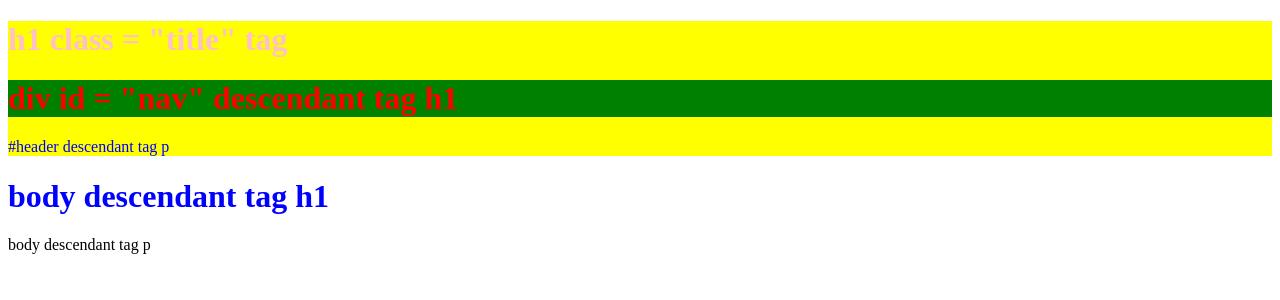
Repository: LucestDail/WebEclipse-Workspace
Page: htmlProject/WebContent/cssEx4.html
The author's editor kept a copy of each file at every save. The page is drawn from the files as they stood at one save, then again after the next save.
The browser window is 1280 px wide. The pictures show the whole page.

Above is the page before, as saved 2020-11-06 06:05:25.

### htmlProject/WebContent/cssEx4.html
<!DOCTYPE html>
<html>
<head>
<meta charset="UTF-8">
<title>Descendant selector</title>
<style type = "text/css">
	#header
	h1{
		color : red;
	}
	#header > h1{
		color :pink;
	}
	#header,h1{
		color:blue;
	}
	div{
		background:yellow;
	}
	#header
	#nav{
	background:green;
	}

	#title
	h1{
		background:blue;
	}

</style>
</head>
<body>
<div id = "header">
	<h1 class = "title"> h1 class = "title" tag</h1>
	<div id = "nav">
		<h1> div id = "nav" descendant tag h1</h1>
	</div>
	<p>#header descendant tag p
</div>
<h1 id = "content"> body descendant tag h1</h1>
<p> body descendant tag p
</body>
</html>

After the next save:
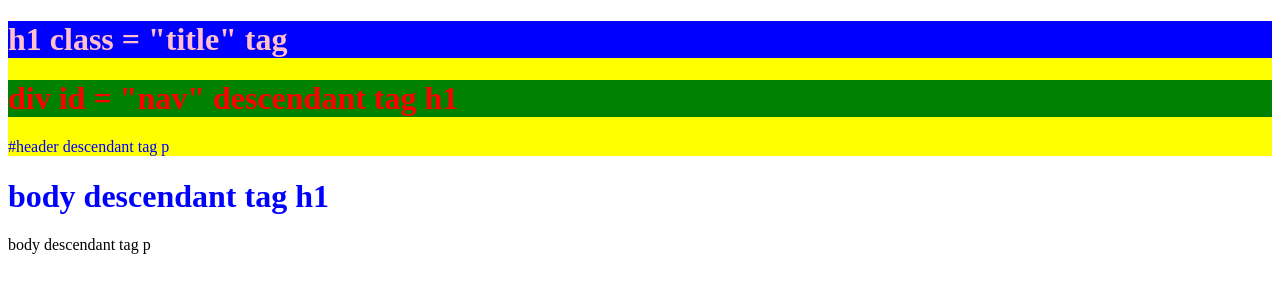
Saved 118 s later.
--- a/htmlProject/WebContent/cssEx4.html
+++ b/htmlProject/WebContent/cssEx4.html
@@ -22,8 +22,8 @@
 	background:green;
 	}
 
-	#title
-	h1{
+	h1.title
+	{
 		background:blue;
 	}
 
